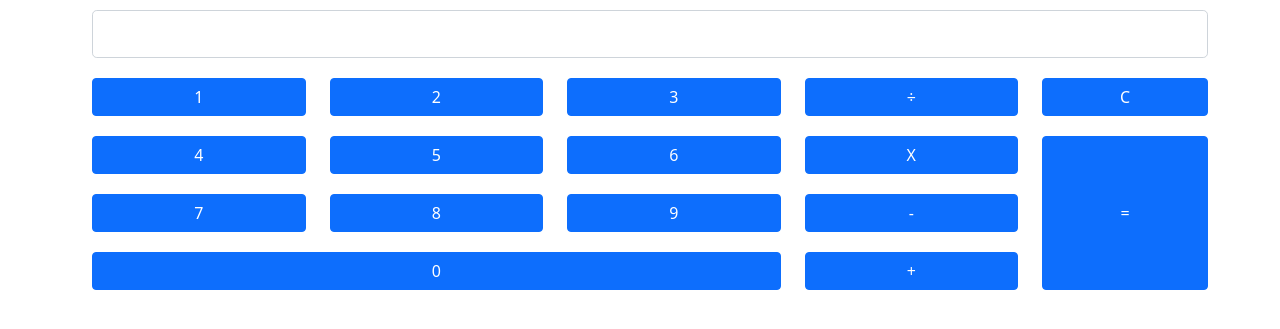
Repository: jsakdalan/CalculatorReactTypescript
Page: /
These files come from the project's save history. The page is drawn as it stood at one moment and after the next save; the edit follows.
The browser window is 1280 px wide. The pictures show the whole page.
The project was rebuilt for these pictures with package versions that can differ from the ones it lists, and the page was loaded fresh each time. Also part of the build but not shown: src/App.css.

Above is the page before, as saved 2022-06-07 16:37:19.

### src/App.tsx
import  Calculator from './pages/Calculator';
import './App.css';
import 'bootstrap/dist/css/bootstrap.min.css'

export default function App() {

  return(
    <Calculator/>
  )
}

### src/pages/Calculator.tsx
import React from 'react';
import Col from 'react-bootstrap/Col';
import Container from 'react-bootstrap/Container';
import Row from 'react-bootstrap/Row';
import Button from 'react-bootstrap/Button';
import InputGroup from 'react-bootstrap/InputGroup';
import FormControl from 'react-bootstrap/FormControl';
import './Calculator.css'

export default function TextEditor(){

    interface Screen{
        styling: string;
    }

    interface Buttons {
        styling: string;
        btnNumber: string;
    }

    const Screen = (props:Screen) => {
        return(
            <InputGroup size="lg" className={props.styling}>
                    <FormControl
      aria-label="Default"
      aria-describedby="inputGroup-sizing-default"
    />
            </InputGroup>
        )
    }

    const Buttons = (props:Buttons) => {
        return(
            <Button className={props.styling}>
                {props.btnNumber}
            </Button>
        )
    }

    return(
        <>
            <Container className="container">
                <Row>
                    <Col><Screen styling="screen"/></Col>
                </Row>
                <Row>
                    <Col md={10}>
                        <Row>
                            <Col md={12}>
                                <Row>
                                    <Col md={3}><Buttons styling="numerical" btnNumber="1"/></Col>
                                    <Col md={3}><Buttons styling="numerical" btnNumber="2"/></Col>
                                    <Col md={3}><Buttons styling="numerical" btnNumber="3"/></Col>
                                    <Col md={3}><Buttons styling="operational" btnNumber="&#247;"/></Col>
                                </Row>
                            </Col>
                            <Col md={12}>
                                <Row>
                                    <Col md={3}><Buttons styling="numerical" btnNumber="4"/></Col>
                                    <Col md={3}><Buttons styling="numerical" btnNumber="5"/></Col>
                                    <Col md={3}><Buttons styling="numerical" btnNumber="6"/></Col>
                                    <Col md={3}><Buttons styling="operational" btnNumber="X"/></Col>
                                </Row>
                            </Col>
                            <Col md={12}>
                                <Row>
                                    <Col md={3}><Buttons styling="numerical" btnNumber="7"/></Col>
                                    <Col md={3}><Buttons styling="numerical" btnNumber="8"/></Col>
                                    <Col md={3}><Buttons styling="numerical" btnNumber="9"/></Col>
                                    <Col md={3}><Buttons styling="operational" btnNumber="-"/></Col>
                                </Row>
                            </Col>
                            <Col md={12}>
                                <Row>
                                    <Col md={9}><Buttons styling="numerical" btnNumber="0"/></Col>
                                    <Col md={3}><Buttons styling="numerical" btnNumber="+"/></Col>
                                </Row>
                            </Col>
                        </Row>
                    </Col>
                    <Col md={2}>
                        <Row>
                            <Col>
                                <Row>
                                    <Col md={12}><Buttons styling="erase" btnNumber="C"/></Col>
                                    <Col md={12}><Buttons styling="equals" btnNumber="="/></Col>
                                </Row>
                            </Col>
                        </Row>
                    </Col>
                </Row>
            </Container>
        </>
    )
}

### src/pages/Calculator.css
.container{
    max-width: 500px;
    width: 400px;
    display: flex;
    flex-direction: column;
}

.screen{
    width: 100%;
    margin: 10px;
}

.numerical{
    width: 100%;
    margin: 10px;
}

.operational{
    width: 100%;
    margin: 10px;
}

.equals{
    height: 154px;
    margin: 10px;
    width: 100%;
}

.erase{
    height: auto;
    margin: 10px;
    width: 100%;
}

Loaded but not shown: public/index.html (common file); src/index.tsx (common file); src/index.css (common file); src/reportWebVitals.ts (common file)

After the next save:
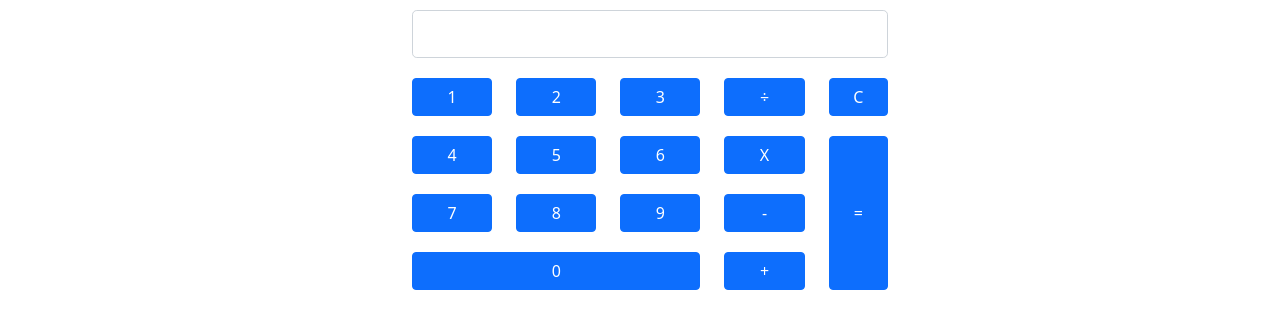
Saved 13 s later.
--- a/src/pages/Calculator.css
+++ b/src/pages/Calculator.css
@@ -1,5 +1,5 @@
 .container{
-    max-width: 500px;
+    max-width: 500px!important;
     width: 400px;
     display: flex;
     flex-direction: column;
